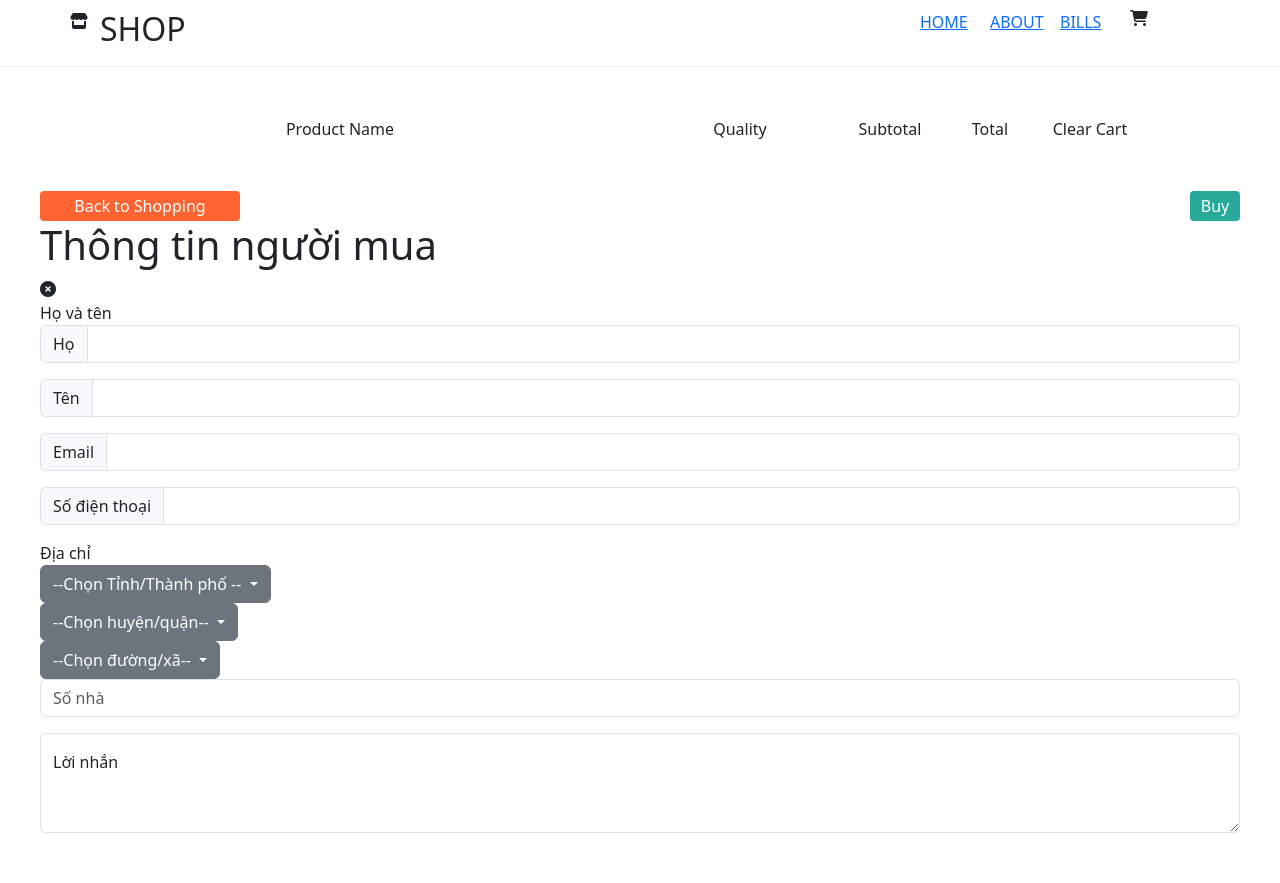
Repository: nguyenhaidang212/danh-sach-ban-hang
Page: index.html
These files come from the project's save history. The page is drawn as it stood at one moment and after the next save; the edit follows.
The browser window is 1280 px wide. The pictures show the whole page.
Some web libraries are served in a nearby version.

Above is the page before, as saved 2023-02-10 14:45:21.

### index.html
<!DOCTYPE html>
<html lang="en">
  <head>
    <meta charset="UTF-8" />
    <meta http-equiv="X-UA-Compatible" content="IE=edge" />
    <meta name="viewport" content="width=device-width, initial-scale=1.0" />
    <title>Danh sach ban hang</title>
    <link rel="stylesheet" href="style.css" />
    <script
      src="https://kit.fontawesome.com/2568d54abe.js"
      crossorigin="anonymous"
    ></script>
    <link
      href="https://cdn.jsdelivr.net/npm/bootstrap@5.3.0-alpha1/dist/css/bootstrap.min.css"
      rel="stylesheet"
      integrity="sha384-GLhlTQ8iRABdZLl6O3oVMWSktQOp6b7In1Zl3/Jr59b6EGGoI1aFkw7cmDA6j6gD"
      crossorigin="anonymous"
    />
    <script
      src="https://cdn.jsdelivr.net/npm/bootstrap@5.3.0-alpha1/dist/js/bootstrap.bundle.min.js"
      integrity="sha384-w76AqPfDkMBDXo30jS1Sgez6pr3x5MlQ1ZAGC+nuZB+EYdgRZgiwxhTBTkF7CXvN"
      crossorigin="anonymous"
    ></script>
  </head>
  <body>
    <header>
      <div class="header-title">
        <i class="fas fa-store header-icon-title"></i>
        <h2>SHOP</h2>
      </div>
      <div class="header-menu">
        <div class="header-menu-home">
          <a href="">HOME</a>
        </div>
        <div class="header-menu-about">
          <a href="">ABOUT</a>
        </div>
        <div class="header-menu-bill">
          <a href="">BILLS</a>
        </div>
        <i class="fas fa-shopping-cart buy_display"></i>
      </div>
    </header>

    <!-- Trang giao dien -->
    <main class="main_menu" style="display: none">
      <div class="list"></div>
    </main>
    <!-- Trang danh sach -->
    <main class="main_buy">
      <div class="title">
        <span>Product Name</span><span>Quality</span><span>Subtotal</span
        ><span>Total</span><span>Clear Cart</span>
      </div>
      <div class="buy">
        <button id="back">Back to Shopping</button>
        <button id="buy">Buy</button>
      </div>

      <!-- Trang thanh toan -->
      <div class="buy_form">
        <div class="form_title">
          <h1>Thông tin người mua</h1>
          <i class="fa-solid fa-circle-xmark"></i>
        </div>
        <div class="form_content">
          <div class="form_grid">
            <!-- <div id="name">Họ và tên</div>
            <input type="text" placeholder="Họ" />
            <input type="text" placeholder="Tên" />
            <div id="email">Email</div>
            <input type="text" placeholder="Email" />
            <div id="phone">Số điện thoại</div>
            <input type="text" placeholder="Số điện thoại" />
            <div id="address">Địa chỉ</div> -->
            <div id="name">Họ và tên</div>
            <div class="input-group mb-3">
              <span class="input-group-text" id="basic-addon1">Họ</span>
              <input
                type="text"
                class="form-control"
                aria-label="Username"
                aria-describedby="basic-addon1"
              />
            </div>
            <div class="input-group mb-3">
              <span class="input-group-text" id="basic-addon1">Tên</span>
              <input
                type="text"
                class="form-control"
                aria-label="Username"
                aria-describedby="basic-addon1"
              />
            </div>
            <div class="input-group mb-3">
              <span class="input-group-text" id="basic-addon1">Email</span>
              <input
                type="text"
                class="form-control"
                aria-label="Username"
                aria-describedby="basic-addon1"
              />
            </div>
            <div class="input-group mb-3">
              <span class="input-group-text" id="basic-addon1"
                >Số điện thoại</span
              >
              <input
                type="text"
                class="form-control"
                aria-label="Username"
                aria-describedby="basic-addon1"
              />
            </div>
            <div id="address">Địa chỉ</div>
            <div class="dropdown">
              <button
                class="btn btn-secondary dropdown-toggle"
                type="button"
                data-bs-toggle="dropdown"
                aria-expanded="false"
              >
                --Chọn Tỉnh/Thành phố --
              </button>
              <ul class="dropdown-menu">
                <li><a class="dropdown-item" href="#">Action</a></li>
                <li><a class="dropdown-item" href="#">Another action</a></li>
                <li>
                  <a class="dropdown-item" href="#">Something else here</a>
                </li>
              </ul>
            </div>
            <div class="dropdown">
              <button
                class="btn btn-secondary dropdown-toggle"
                type="button"
                data-bs-toggle="dropdown"
                aria-expanded="false"
              >
                --Chọn huyện/quận--
              </button>
              <ul class="dropdown-menu">
                <li><a class="dropdown-item" href="#">Action</a></li>
                <li><a class="dropdown-item" href="#">Another action</a></li>
                <li>
                  <a class="dropdown-item" href="#">Something else here</a>
                </li>
              </ul>
            </div>
            <div class="dropdown">
              <button
                class="btn btn-secondary dropdown-toggle"
                type="button"
                data-bs-toggle="dropdown"
                aria-expanded="false"
              >
                --Chọn đường/xã--
              </button>
              <ul class="dropdown-menu">
                <li><a class="dropdown-item" href="#">Action</a></li>
                <li><a class="dropdown-item" href="#">Another action</a></li>
                <li>
                  <a class="dropdown-item" href="#">Something else here</a>
                </li>
              </ul>
            </div>
            <div class="input-group mb-3">
              <input
                type="text"
                class="form-control"
                placeholder="Số nhà"
                aria-label="Username"
                aria-describedby="basic-addon1"
              />
            </div>
            <div class="form-floating">
              <textarea
                class="form-control"
                placeholder="Leave a comment here"
                id="floatingTextarea2"
                style="height: 100px"
              ></textarea>
              <label for="floatingTextarea2">Lời nhắn</label>
            </div>
          </div>
        </div>
      </div>
    </main>
    <script src="main.js"></script>
  </body>
</html>
<!-- <div class="list_buy">
  <div class="buy-name">${e.name}</div>
  <div class="buy-quality">
    <i class="fa-solid fa-minus plus-icon"></i>
    ${e.quality}
    <i class="fa-solid fa-plus minus-icon"></i>
  </div>
  <div class="buy-price">${e.gia}</div>
  <div class="buy-sum">${e.id}</div>
  <div><i class="fa-solid fa-circle-xmark buy-del"></i></div>
</div> -->

### style.css
* {
  padding: 0;
  margin: 0;
  box-sizing: border-box;
}
.form {
  display: inline-grid;
  grid-template-columns: 150px 150px 150px 150px;
  column-gap: 20px;
  row-gap: 20px;
  text-align: center;
  margin-bottom: 20px;
}
header {
  display: flex;
  border-bottom: 1px solid #eee;
  width: 100%;
  padding: 10px 100px 10px;
  justify-content: space-between;
}
.header-title {
  display: flex;
}
h2 {
  font-size: 20px;
}
.header-icon-title {
  position: absolute;
  left: 70px;
  top: 13px;
}
.header-menu {
  display: grid;
  grid-template-columns: 50px 50px 50px 50px;
  column-gap: 20px;
}
a {
  text-decoration: none;
  color: black;
}
main {
  width: 1200px;
  margin: 50px auto;
}
.list {
  display: grid;
  margin: 0 225px;
  grid-template-columns: 180px 180px 180px 180px;
  column-gap: 10px;
  row-gap: 20px;
  text-align: center;
}
.item {
  border: 2px solid #eee;
  position: relative;
}
.item-imgs {
  width: 100%;
  height: 180px;
  display: flex;
  justify-content: center;
  align-items: center;
  margin-bottom: 8px;
  overflow: hidden;
}
.item-img {
  text-align: center;
  width: 100%;
}
.item-title {
  font-size: 20px;
  font-weight: 600;
}
.item-info {
  display: flex;
  justify-content: space-between;
  margin: 5px;
  padding: 0 10px;
  font-size: 12px;
}
.item-icon {
  position: absolute;
  border-radius: 50%;
  width: 30px;
  height: 30px;
  line-height: 30px;
  bottom: 36px;
  right: -4px;
}
.item-add {
  color: #fe6332;
  cursor: pointer;
}
.buy_display {
  cursor: pointer;
}
#back {
  background-color: #fe6332;
  color: white;
  border-radius: 4px;
  width: 200px;
  height: 30px;
  border: none;
  cursor: pointer;
}
#buy {
  background-color: #27aa99;
  color: white;
  border-radius: 4px;
  width: 50px;
  height: 30px;
  border: none;
  cursor: pointer;
}
.title {
  display: grid;
  grid-template-columns: 600px 200px 100px 100px 100px;
  text-align: center;
  margin-bottom: 20px;
}
.list_buy {
  display: flex;
  text-align: center;
  margin-bottom: 12px;
  max-height: 400px;
}
.buy-name {
  width: 600px;
}
.buy-quality {
  width: 200px;
}
.buy-price,
.buy-del,
.buy-sum {
  width: 100px;
}
.buy {
  margin: auto;
  display: flex;
  justify-content: space-between;
  margin-top: 50px;
}
.buy-del {
  color: red;
  cursor: pointer;
}
.plus-icon,
.minus-icon {
  margin: 0 24px;
  cursor: pointer;
  border: 1px solid #eee;
  padding: 4px;
  border-radius: 50%;
}
.plus-icon:hover {
  background-color: #fe6332;
}
.minus-icon:hover {
  background-color: #27aa99;
}
/* Trang thanh toan */
.buy_form {
  border: none;
  margin: 0 auto;
}

### main.js
const listData = [
  {
    id: 1,
    name: "Quần áo nam",
    so_luong: 100,
    gia: 100,
    src: "https://znews-photo.zadn.vn/w660/Uploaded/ycgmvjvj/2018_03_31/1.jpg",
    quality: 1,
  },
  {
    id: 2,
    name: "Điện thoại",
    so_luong: 200,
    gia: 500,
    src: "https://cdn2.cellphones.com.vn/358x358,webp,q100/media/catalog/product/t/_/t_m_12.png",
    quality: 1,
  },
  {
    id: 3,
    name: "Macbook",
    so_luong: 300,
    gia: 1000,
    src: "https://cdn.tgdd.vn/Products/Images/44/231244/macbook-air-m1-2020-gold-600x600.jpg",
    quality: 1,
  },
  {
    id: 4,
    name: "Máy ảnh",
    so_luong: 400,
    gia: 1200,
    src: "https://www.nguyenkim.com/images/detailed/644/10036326-may-anh-canon-eos-3000d-kit-ef-s-18-55mm-den-1.jpg",
    quality: 1,
  },
  {
    id: 5,
    name: "Đồng hồ",
    so_luong: 500,
    gia: 1400,
    src: "https://cdn1.viettelstore.vn/images/Product/ProductImage/medium/Apple_Watch_SE-Cell-44mm-star1.jpg",
    quality: 1,
  },
  {
    id: 6,
    name: "Giày nam",
    so_luong: 600,
    gia: 1500,
    src: "https://cdn.elly.vn/uploads/2019/08/13121739/giay-nam-cao-cap-da-that-ELLY-EGTM2-5.jpg",
    quality: 1,
  },
  {
    id: 7,
    name: "Tủ lạnh",
    so_luong: 700,
    gia: 1600,
    src: "https://cdn.tgdd.vn/Products/Images/1943/284851/tu-lanh-aqua-inverter-456-lit-aqr-m525xa-fb-600x600.jpg",
    quality: 1,
  },
  {
    id: 8,
    name: "Điều hòa",
    so_luong: 800,
    gia: 1700,
    src: "https://hangdienmaygiare.com/images/products/2020/02/22/large/dieu-hoa-1-chieu-panasonic-n9wkh-8m_1582358300.jpg",
    quality: 1,
  },
  {
    id: 9,
    name: "Máy giặt",
    so_luong: 1000,
    gia: 2000,
    src: "https://hangdienmaygiare.com/images/products/2019/09/03/large/may-giat-electrolux-ewf1042bdwa-10-kg-inverter.jpg",
    quality: 1,
  },
  {
    id: 10,
    name: "Váy đầm nữ",
    so_luong: 2000,
    gia: 300,
    src: "https://luzy.vn/wp-content/uploads/2020/05/LZD10951-18.jpg",
    quality: 1,
  },
  {
    id: 11,
    name: "Mắt kính",
    so_luong: 2100,
    gia: 400,
    src: "https://vn-test-11.slatic.net/p/5e0af4609b84659f759982ac0146f184.jpg_800x800q100.jpg_600x600Q100.jpg",
    quality: 1,
  },
  {
    id: 12,
    name: "Thắt lưng da",
    so_luong: 200,
    gia: 200,
    src: "https://hoianleather.com/wp-content/uploads/2021/04/That-lung-da-bo-that-danh-cho-nam-2.jpg",
    quality: 1,
  },
];
const keyLocalStorageListSP = "DANHSACHSP";
const keyLocalStorageItemCart = "DANHSACHITEMCART";
const listItem = document.querySelector(".list");
const $ = document.body;

localStorage.setItem(keyLocalStorageListSP, JSON.stringify(listData));
const item = JSON.parse(localStorage.getItem(keyLocalStorageListSP));
item.forEach((value) => {
  const template = `<div class="item">
  <div class="item-imgs">
    <img src="${value.src}" alt="" class="item-img"/>
  </div>
  <div class="item-icon"><i class="fa-solid fa-cart-plus item-add"></i></div>
  <div class="item-title">${value.name}</div>
  <div class="item-info">
    <div class="item-price">Giá: ${value.gia}</div>
    <div class="item-quality">Số lượng: ${value.so_luong}</div>
  </div>
</div>`;
  listItem.insertAdjacentHTML("beforeend", template);
});
const itemAdd = document.querySelectorAll(".item-add");
const arrayItemAdd = [];
const mainMenu = document.querySelector(".main_menu");
const mainBuy = document.querySelector(".main_buy");
const buyDiplay = document.querySelector(".buy");
const delItem = document.querySelector(".buy-del");
$.addEventListener("click", (e) => {
  //-----Chuyen trang-----
  if (e.target.matches(".buy_display")) {
    const listItem = JSON.parse(localStorage.getItem(keyLocalStorageItemCart));
    mainMenu.style.display = "none";
    mainBuy.style.display = "block";
    displayItem(listItem);
  }
  if (e.target.matches("#back")) {
    mainMenu.style.display = "block";
    mainBuy.style.display = "none";
    const back = document.querySelector("#back");
    document.querySelectorAll(".list_buy").forEach((e) => {
      e.remove();
    });
  }
  if (e.target.matches("#buy")) {
    // $.style.display = "none";
  }
  //-----Add Item-----
  if (e.target.matches(".item-add")) {
    addItem(e.target);
  }
  //-----Del Item-----
  if (e.target.matches(".buy-del")) {
    const itemDelName =
      e.target.parentNode.previousElementSibling.previousElementSibling
        .previousElementSibling.previousElementSibling;
    delItemBuy(itemDelName);
  }
  //-----Increase/Decrease Item----
  if (e.target.matches(".plus-icon")) {
    const listItem = JSON.parse(localStorage.getItem(keyLocalStorageItemCart));
    listItem.forEach((value) => {
      if (
        value.name == e.target.parentNode.previousElementSibling.textContent
      ) {
        value.soluong++;
      }
    });
    localStorage.setItem(keyLocalStorageItemCart, JSON.stringify(listItem));
    console.log(listItem);
    const listBuy = document.querySelectorAll(".list_buy");
    listBuy.forEach((e) => {
      e.remove();
    });
    displayItem(listItem);
  }
  if (e.target.matches(".minus-icon")) {
    const listItem = JSON.parse(localStorage.getItem(keyLocalStorageItemCart));
    listItem.forEach((value, i) => {
      if (
        value.name == e.target.parentNode.previousElementSibling.textContent
      ) {
        value.soluong--;
        if (value.soluong == 0) {
          listItem.splice(i, 1);
        }
      }
    });
    console.log(listItem);
    localStorage.setItem(keyLocalStorageItemCart, JSON.stringify(listItem));
    const listBuy = document.querySelectorAll(".list_buy");
    listBuy.forEach((e) => {
      e.remove();
    });
    displayItem(listItem);
  }
});

// // -----Them san pham-----
function addItem(value) {
  item.forEach((e) => {
    if (e.name == value.parentNode.nextElementSibling.textContent) {
      const object = {
        id: e.id,
        soluong: e.quality,
        name: e.name,
        price: e.gia,
      };
      arrayItemAdd.forEach((e, i) => {
        if (object.id == e.id) {
          object.soluong = e.soluong + 1;
          arrayItemAdd.splice(i, 1);
        }
      });
      arrayItemAdd.push(object);
    }
  });
  localStorage.setItem(keyLocalStorageItemCart, JSON.stringify(arrayItemAdd));
}

// //-----Hien thi san pham da mua-----
function displayItem(arr) {
  arr.forEach((e) => {
    item.forEach((value) => {
      if (value.id == e.id) {
        const price = Number(e.price) * Number(e.soluong);
        buyDiplay.insertAdjacentHTML(
          "beforebegin",
          `<div class="list_buy">
        <div class="buy-name">${value.name}</div>
        <div class="buy-quality">
        <i class="fa-solid fa-minus minus-icon"></i>
        ${e.soluong}
        <i class="fa-solid fa-plus plus-icon"></i>
        </div>
        <div class="buy-price">${value.gia}</div>
        <div class="buy-sum">${price}</div>
        <div><i class="fa-solid fa-circle-xmark buy-del"></i></div>
      </div>`
        );
      }
    });
  });
}

// //-----Xoa san pham-----
function delItemBuy(name) {
  name.parentNode.remove();
  arrayItemAdd.forEach((e, i) => {
    if (e.name == name.textContent) {
      arrayItemAdd.splice(i, 1);
    }
  });
  localStorage.setItem(keyLocalStorageItemCart, JSON.stringify(arrayItemAdd));
}
// localStorage.clear();

After the next save:
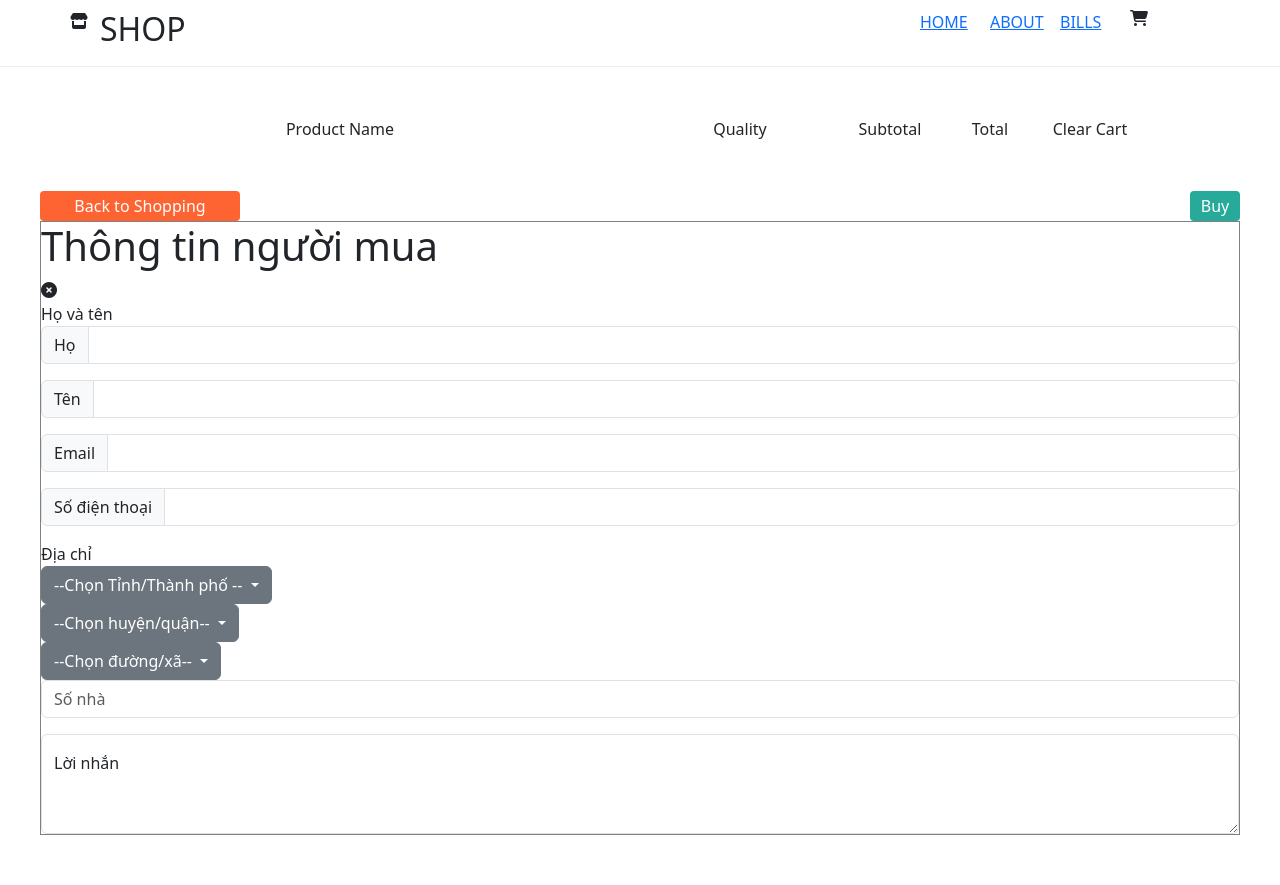
Saved 62 s later.
--- a/style.css
+++ b/style.css
@@ -161,6 +161,6 @@ main {
 }
 /* Trang thanh toan */
 .buy_form {
-  border: none;
+  border: 1px solid rgba(128, 128, 128, 1);
   margin: 0 auto;
 }
